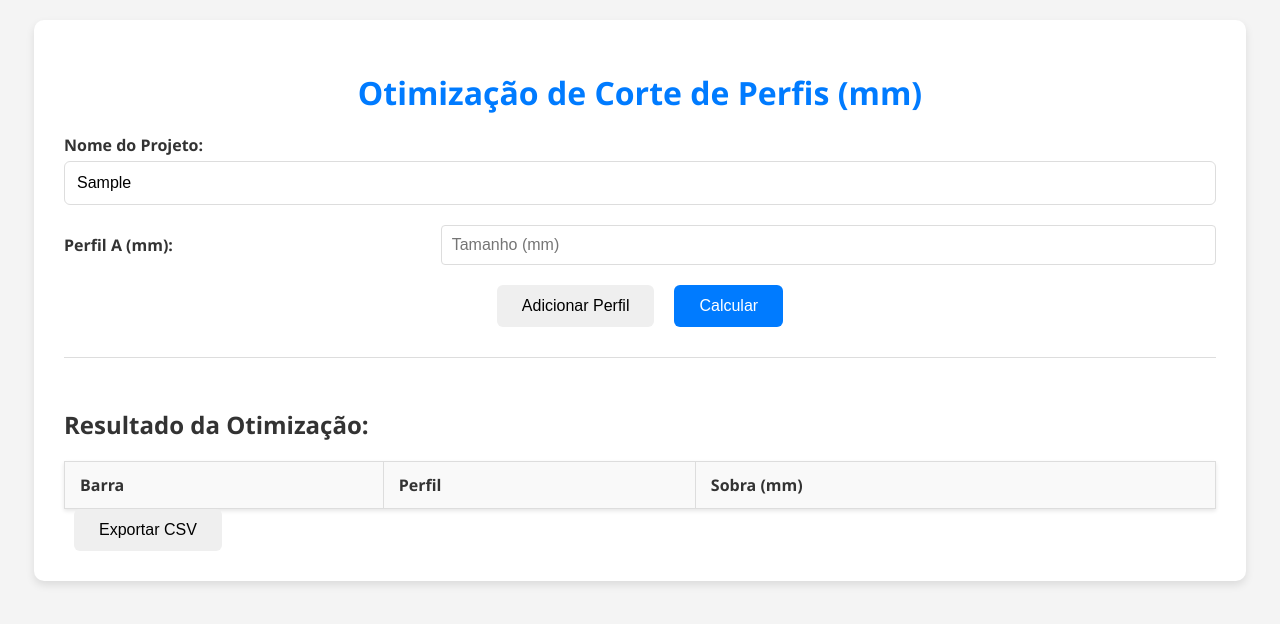
Repository: brianbebop/aqui
Page: index.html
These files come from the project's save history. The page is drawn as it stood at one moment and after the next save; the edit follows.
The browser window is 1280 px wide. The pictures show the whole page.
Empty fields were first filled with sample values (such as "Sample", 5 or name@example.com).
After loading, the first visible `#adicionarPerfil` was clicked once.

Above is the page before, as saved 2025-03-20 21:40:36.

### index.html
<!DOCTYPE html>
<html>
<head>
    <title>Otimização de Corte de Perfis (mm)</title>
    <meta charset="UTF-8">
    <link rel="stylesheet" href="style.css">
</head>
<body>
    <div class="container">
        <h1>Otimização de Corte de Perfis (mm)</h1>
        <div class="project-info">
            <label for="nomeProjeto">Nome do Projeto:</label>
            <input type="text" id="nomeProjeto" placeholder="Digite o nome do projeto">
        </div>
        <div id="perfis" class="perfis-container">
            </div>
        <div class="button-container">
            <button id="adicionarPerfil" class="btn">Adicionar Perfil</button>
            <button id="calcular" class="btn btn-primary">Calcular</button>
        </div>
        <div id="resultado" class="resultado-container">
            <h2>Resultado da Otimização:</h2>
            <table id="resumoBarras">
                <thead>
                    <tr>
                        <th>Barra</th>
                        <th>Perfil</th>
                        <th>Sobra (mm)</th>
                    </tr>
                </thead>
                <tbody>
                </tbody>
            </table>
            <button id="exportarCSV" class="btn">Exportar CSV</button>
        </div>
    </div>
    <script src="script.js"></script>
</body>
</html>

### style.css
:root {
    --primary-color: #007bff;
    --background-color: #f4f4f4;
    --text-color: #333;
    --border-color: #ddd;
}

body {
    font-family: 'Segoe UI', Tahoma, Geneva, Verdana, sans-serif;
    margin: 0;
    padding: 0;
    background-color: var(--background-color);
    color: var(--text-color);
}

.container {
    width: 90%;
    max-width: 1200px;
    margin: 20px auto;
    background-color: #fff;
    padding: 30px;
    border-radius: 10px;
    box-shadow: 0 4px 8px rgba(0, 0, 0, 0.1);
}

h1 {
    color: var(--primary-color);
    margin-bottom: 20px;
    text-align: center;
}

.project-info {
    margin-bottom: 20px;
}

.project-info label {
    display: block;
    margin-bottom: 5px;
    font-weight: bold;
}

.project-info input {
    width: 100%;
    padding: 12px;
    border: 1px solid var(--border-color);
    border-radius: 6px;
    box-sizing: border-box;
    font-size: 16px;
}

.perfis-container {
    margin-bottom: 20px;
}

.perfil {
    margin-bottom: 15px;
    display: flex;
    align-items: center;
}

.perfil label {
    flex: 1;
    font-weight: bold;
}

.perfil input {
    flex: 2;
    padding: 10px;
    border: 1px solid var(--border-color);
    border-radius: 4px;
    box-sizing: border-box;
    font-size: 16px;
}

.button-container {
    display: flex;
    justify-content: center;
    margin-bottom: 30px;
}

.btn {
    padding: 12px 25px;
    border: none;
    border-radius: 6px;
    cursor: pointer;
    font-size: 16px;
    margin: 0 10px;
    transition: background-color 0.3s ease;
}

.btn-primary {
    background-color: var(--primary-color);
    color: #fff;
}

.btn-primary:hover {
    background-color: #0056b3;
}

.resultado-container {
    margin-top: 30px;
    border-top: 1px solid var(--border-color);
    padding-top: 30px;
}

#resumoBarras {
    width: 100%;
    border-collapse: collapse;
    margin-top: 20px;
    box-shadow: 0 2px 4px rgba(0, 0, 0, 0.1);
}

#resumoBarras th,
#resumoBarras td {
    border: 1px solid var(--border-color);
    padding: 12px 15px;
    text-align: left;
}

#resumoBarras th {
    background-color: #f9f9f9;
    font-weight: bold;
}

#resumoBarras tbody tr:nth-child(even) {
    background-color: #f2f2f2;
}

### script.js
const perfisDiv = document.getElementById('perfis');
const adicionarPerfilButton = document.getElementById('adicionarPerfil');
const calcularButton = document.getElementById('calcular');
const resultadoDiv = document.getElementById('resultado');
const resumoBarrasTabela = document.getElementById('resumoBarras').getElementsByTagName('tbody')[0];
const nomeProjetoInput = document.getElementById('nomeProjeto');

let perfis = [];
let contadorPerfil = 0;

adicionarPerfilButton.addEventListener('click', () => {
    const perfilId = String.fromCharCode(65 + contadorPerfil);
    const perfilDiv = document.createElement('div');
    perfilDiv.classList.add('perfil');
    perfilDiv.innerHTML = `
        <label for="perfil-${perfilId}">Perfil ${perfilId} (mm):</label>
        <input type="number" id="perfil-${perfilId}" placeholder="Tamanho (mm)">
    `;
    perfisDiv.appendChild(perfilDiv);
    perfis.push({ id: perfilId, input: perfilDiv.querySelector('input') });
    contadorPerfil++;
});

calcularButton.addEventListener('click', () => {
    const tamanhoBarra = 6000;
    const perfisComTamanho = perfis.map(perfil => ({
        id: perfil.id,
        tamanho: parseInt(perfil.input.value)
    }));

    // Função para encontrar a melhor combinação de perfis para uma barra
    function encontrarMelhorCombinacao(perfisRestantes, espacoLivre) {
        let melhorCombinacao = { perfis: [], sobra: espacoLivre };

        function combinar(combinacaoAtual, sobraAtual, indiceAtual) {
            if (sobraAtual < melhorCombinacao.sobra) {
                melhorCombinacao = { perfis: combinacaoAtual, sobra: sobraAtual };
            }

            if (indiceAtual < perfisRestantes.length) {
                const perfilAtual = perfisRestantes[indiceAtual];
                if (sobraAtual >= perfilAtual.tamanho) {
                    combinar(
                        [...combinacaoAtual, perfilAtual],
                        sobraAtual - perfilAtual.tamanho,
                        indiceAtual + 1
                    );
                }
                combinar(combinacaoAtual, sobraAtual, indiceAtual + 1);
            }
        }

        combinar([], espacoLivre, 0);
        return melhorCombinacao;
    }

    // Algoritmo de otimização
    const barras = [];
    let perfisRestantes = [...perfisComTamanho];
    while (perfisRestantes.length > 0) {
        const perfilAtual = perfisRestantes[0];
        if (perfilAtual.tamanho > tamanhoBarra) {
            // Divide o perfil em múltiplas barras
            const quantidadeBarras = Math.ceil(perfilAtual.tamanho / tamanhoBarra);
            for (let i = 0; i < quantidadeBarras; i++) {
                const tamanhoBarraAtual = Math.min(tamanhoBarra, perfilAtual.tamanho - i * tamanhoBarra);
                const barraAtual = { perfis: [{ ...perfilAtual, tamanho: tamanhoBarraAtual }], espacoLivre: tamanhoBarra - tamanhoBarraAtual };
                barras.push(barraAtual);

                // Tenta otimizar o espaço restante na barra atual
                if (barraAtual.espacoLivre > 0) {
                    const melhorCombinacao = encontrarMelhorCombinacao(perfisRestantes.filter(p => p !== perfilAtual), barraAtual.espacoLivre);
                    if (melhorCombinacao.perfis.length > 0) {
                        barraAtual.perfis = [...barraAtual.perfis, ...melhorCombinacao.perfis];
                        barraAtual.espacoLivre = melhorCombinacao.sobra;
                    }
                }
            }
            perfisRestantes.shift(); // Remove o perfil dividido
        } else {
            // Encontra a melhor combinação para a barra
            const melhorCombinacao = encontrarMelhorCombinacao(perfisRestantes, tamanhoBarra);
            barras.push({ perfis: melhorCombinacao.perfis, espacoLivre: melhorCombinacao.sobra });
            perfisRestantes = perfisRestantes.filter(
                perfil => !melhorCombinacao.perfis.includes(perfil)
            );
        }
    }

    // Exibe o resultado na tabela
    resumoBarrasTabela.innerHTML = ''; // Limpa a tabela
    barras.forEach((barra, index) => {
        const novaLinha = resumoBarrasTabela.insertRow();
        const colunaBarra = novaLinha.insertCell(0);
        const colunaPerfis = novaLinha.insertCell(1);
        const colunaSobra = novaLinha.insertCell(2);

        colunaBarra.textContent = `Barra ${index + 1}`;
        colunaPerfis.textContent = barra.perfis.map(perfil => `${perfil.id} (${perfil.tamanho}mm)`).join(', ');
        colunaSobra.textContent = `${barra.espacoLivre} mm`;
    });

    // Exibe o nome do projeto
    const nomeProjeto = nomeProjetoInput.value;
    if (nomeProjeto) {
        document.querySelector('h1').textContent = `Otimização de Corte de Perfis (mm) - ${nomeProjeto}`;
    } else {
        document.querySelector('h1').textContent = `Otimização de Corte de Perfis (mm)`;
    }
});

After the next save:
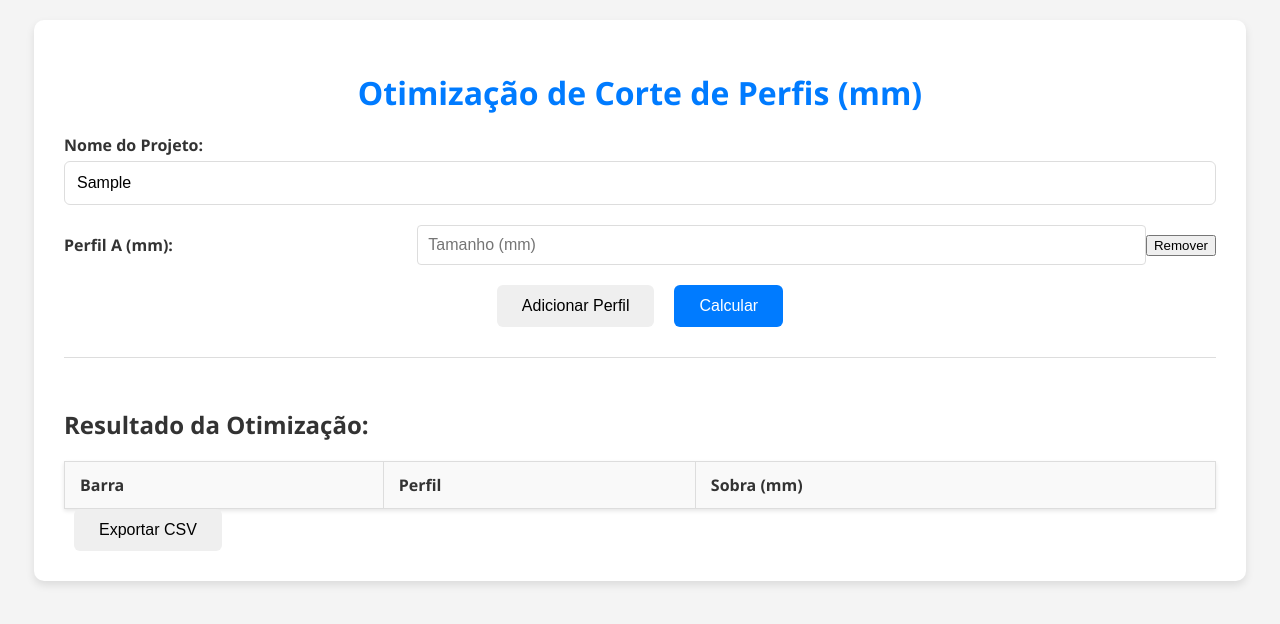
Saved 14 min 31 s later.
--- a/script.js
+++ b/script.js
@@ -8,25 +8,14 @@ const nomeProjetoInput = document.getElementById('nomeProjeto');
 let perfis = [];
 let contadorPerfil = 0;
 
-adicionarPerfilButton.addEventListener('click', () => {
-    const perfilId = String.fromCharCode(65 + contadorPerfil);
-    const perfilDiv = document.createElement('div');
-    perfilDiv.classList.add('perfil');
-    perfilDiv.innerHTML = `
-        <label for="perfil-${perfilId}">Perfil ${perfilId} (mm):</label>
-        <input type="number" id="perfil-${perfilId}" placeholder="Tamanho (mm)">
-    `;
-    perfisDiv.appendChild(perfilDiv);
-    perfis.push({ id: perfilId, input: perfilDiv.querySelector('input') });
-    contadorPerfil++;
-});
-
-calcularButton.addEventListener('click', () => {
+function calcularOtimizacao() {
     const tamanhoBarra = 6000;
-    const perfisComTamanho = perfis.map(perfil => ({
-        id: perfil.id,
-        tamanho: parseInt(perfil.input.value)
-    }));
+    const perfisComTamanho = perfis
+        .filter(perfil => perfil.input.value !== '') // Ignora perfis com valor vazio
+        .map(perfil => ({
+            id: perfil.id,
+            tamanho: parseInt(perfil.input.value)
+        }));
 
     // Função para encontrar a melhor combinação de perfis para uma barra
     function encontrarMelhorCombinacao(perfisRestantes, espacoLivre) {
@@ -107,4 +96,32 @@ calcularButton.addEventListener('click', () => {
     } else {
         document.querySelector('h1').textContent = `Otimização de Corte de Perfis (mm)`;
     }
+}
+
+adicionarPerfilButton.addEventListener('click', () => {
+    const perfilId = String.fromCharCode(65 + contadorPerfil);
+    const perfilDiv = document.createElement('div');
+    perfilDiv.classList.add('perfil');
+    perfilDiv.innerHTML = `
+        <label for="perfil-${perfilId}">Perfil ${perfilId} (mm):</label>
+        <input type="number" id="perfil-${perfilId}" placeholder="Tamanho (mm)">
+        <button class="remover-perfil">Remover</button>
+    `;
+    perfisDiv.appendChild(perfilDiv);
+    perfis.push({ id: perfilId, input: perfilDiv.querySelector('input') });
+    contadorPerfil++;
+
+    // Adiciona o evento de clique para o botão "Remover"
+    const removerButton = perfilDiv.querySelector('.remover-perfil');
+    removerButton.addEventListener('click', () => {
+        perfis = perfis.filter(perfil => perfil.id !== perfilId);
+        perfilDiv.remove();
+        calcularOtimizacao(); // Recalcula automaticamente após remover o perfil
+    });
 });
+
+calcularButton.addEventListener('click', () => {
+    calcularOtimizacao();
+});
+
+// ... (código existente para exportar CSV) ...
